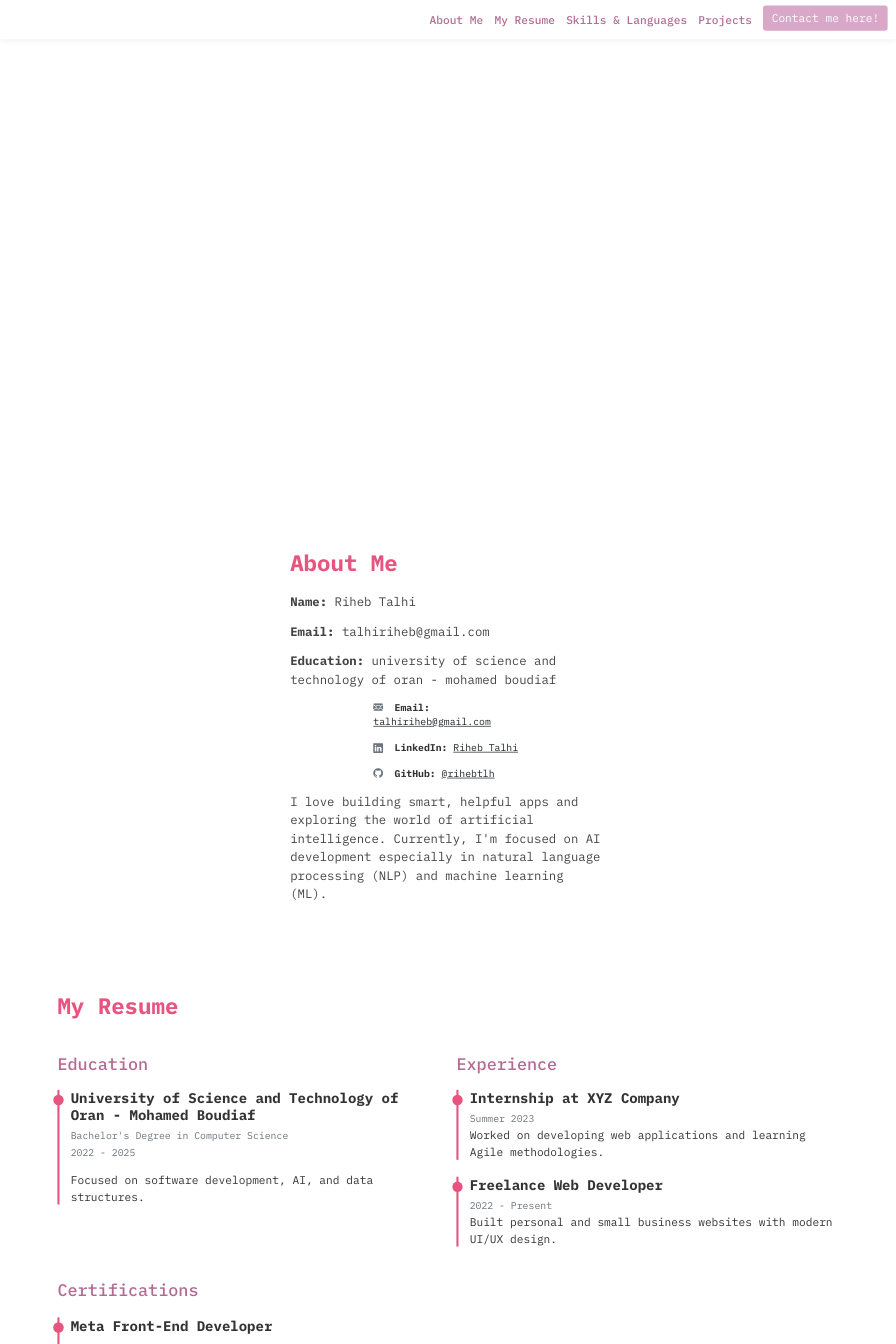
Repository: rihebtlh/portfolio
Page: new.html
An editor plug-in stored every save of this project. The page is shown before and after the next save, followed by the edit.
The browser window is 1280 px wide. The pictures show the part of the page from y = 0 to 1920 px (the page is 4283 px tall), at 70% of full size.

Above is the page before, as saved 2025-07-02 17:06:54.

### new.html
<!DOCTYPE html>
<html lang="en">
<head>
  <meta charset="UTF-8" />
  <meta name="viewport" content="width=device-width, initial-scale=1.0" />
  <title>Riheb Talhi Portfolio</title>
  <link href="https://cdn.jsdelivr.net/npm/bootstrap@5.0.2/dist/css/bootstrap.min.css" rel="stylesheet" />
  <script src="https://cdn.jsdelivr.net/npm/bootstrap@5.0.2/dist/js/bootstrap.bundle.min.js"></script>
  <link rel="stylesheet" href="https://cdn.jsdelivr.net/npm/bootstrap-icons@1.10.5/font/bootstrap-icons.css">
  <link href="https://fonts.googleapis.com/css2?family=IBM+Plex+Mono:wght@400;500;700&display=swap" rel="stylesheet">

  <style>
    body {
      font-family: 'IBM Plex Mono', monospace;
      color: #333;
      background: #fff;
    }

    .navbar {
      background: rgba(255, 255, 255, 0.9);
      box-shadow: 0 4px 6px rgba(0, 0, 0, 0.05);
    }

    .navbar-nav .nav-link {
      color: #b36b94 !important;
      font-weight: 500;
    }

    .navbar-nav .nav-link:hover {
      color: #e75480 !important;
    }

    .btn-secondary {
      background-color: #d9a7c7;
      border: none;
    }

    .btn-secondary:hover {
      background-color: #e2b8d3;
    }

    h1, h2 {
      font-weight: 700;
    }

    .display-2 {
      color: #e75480;
    }

    .display-5 {
      color: #a070a8;
    }

    section {
      padding: 4rem 0;
    }

    .head {
      background-color: #ffeef8;
    }

    .about {
      background-color: #ffffff;
    }

    .about h2 {
      color: #e75480;
    }

    .about p {
      font-size: 1.1rem;
      color: #444;
      max-width: 800px;
    }

    img.rounded-circle {
      border: 4px solid #fff;
    }
    /* Simple timeline style */
  .timeline-item {
    border-left: 3px solid #e75480;
    padding-left: 1rem;
    position: relative;
  }
  .timeline-item::before {
    content: '';
    position: absolute;
    left: -9px;
    top: 0.4rem;
    width: 15px;
    height: 15px;
    background: #e75480;
    border-radius: 50%;
  }
  /* Fade-up effect */
    .fade-up {
      opacity: 0;
      transform: translateY(40px);
      transition: all 0.6s ease-in-out;
    }

    .fade-up.show {
      opacity: 1;
      transform: translateY(0);
    }

    /* Slide-in from left for the name */
    .slide-left {
      opacity: 0;
      transform: translateX(-100px);
      animation: slideLeft 1s ease-out forwards;
    }

    @keyframes slideLeft {
      to {
        opacity: 1;
        transform: translateX(0);
      }
    }

  </style>
</head>
<body>

  <!-- Navbar -->
  <nav class="navbar navbar-expand-md navbar-light fixed-top">
    <div class="container-xxl">
      <button class="navbar-toggler" type="button" data-bs-toggle="collapse" data-bs-target="#main-nav"
        aria-controls="main-nav" aria-expanded="false" aria-label="Toggle navigation">
        <span class="navbar-toggler-icon"></span>
      </button>

      <div class="collapse navbar-collapse justify-content-end align-items-center" id="main-nav">
        <ul class="navbar-nav">
          <li class="nav-item"><a class="nav-link" href="#about">About Me</a></li>
          <li class="nav-item"><a class="nav-link" href="#resume">My Resume</a></li>
          <li class="nav-item"><a class="nav-link" href="#skills">Skills & Languages</a></li>
          <li class="nav-item"><a class="nav-link" href="#projects">Projects</a></li>
          <li class="nav-item ms-2 d-none d-md-inline">
            <a class="btn btn-secondary" href="#contact">Contact me here!</a>
          </li>
        </ul>
      </div>
    </div>
  </nav>

  <!-- Hero Section -->
    <section class="head d-flex align-items-center fade-up" style="min-height: 100vh;" id="home">
    <div class="container-lg">
        <div class="row justify-content-center align-items-center">
        <div class="col-md-8 text-start">
            <h1>
            <div class="display-2 fw-bold slide-left">Riheb Talhi</div>
            <div class="display-5">Computer Science Student</div>
            <div class="display-6 text-muted">just love to solve real-world problems through creative coding.</div>
            </h1>
        </div>
        <div class="col-md-4 text-center d-none d-md-block">
            <span class="tt" data-bs-placement="bottom" title="pic">
            <img src="/assets/pic.jpg" alt="Your photo" class="img-fluid rounded-circle shadow" style="max-height: 400px;">
            </span>
        </div>
        </div>
    </div>
    </section>


  <!-- About Me Section (White) -->
  <section class="about" id="about">
    <div class="container-lg">
      <div class="row justify-content-center">
        <div class="col-md-5">
          <h2 class="mb-4">About Me</h2>
          <p><strong>Name:</strong> Riheb Talhi</p>
          <p><strong>Email:</strong> talhiriheb@gmail.com</p>
          <p><strong>Education:</strong> university of science and technology of oran - mohamed boudiaf</p>
          <div class="row justify-content-center">
            <div class="col-md-6">
              <ul class="list-unstyled small text-start mx-auto" style="max-width: 400px;">
                <li class="mb-3">
                  <i class="bi bi-envelope-heart-fill text-secondary me-2"></i>
                  <strong>Email:</strong> <a href="mailto:talhiriheb@gmail.com" class="text-dark">talhiriheb@gmail.com</a>
                </li>
                <li class="mb-3">
                  <i class="bi bi-linkedin text-secondary me-2"></i>
                  <strong>LinkedIn:</strong> <a href="https://www.linkedin.com/in/riheb-talhi-bab320293" target="_blank" class="text-dark">Riheb Talhi</a>
                </li>
                <li class="mb-3">
                  <i class="bi bi-github text-secondary me-2"></i>
                  <strong>GitHub:</strong> <a href="https://github.com/rihebtlh" target="_blank" class="text-dark">@rihebtlh</a>
                </li>
              </ul>
            </div>
          </div>
          <p>
            I love building smart, helpful apps and exploring the world of artificial intelligence.
            Currently, I'm focused on AI development especially in natural language processing (NLP) and machine learning (ML).
          </p>

        </div>
      </div>
    </div>
  </section>
  <!-- Resume Section -->
    <section id="resume" class="py-5" style="background:#fff;">
        <div class="container-lg">
            <h2 class="mb-5" style="color:#e75480;">My Resume</h2>
            <div class="row">

            <!-- Education -->
            <div class="col-md-6 mb-4">
                <h4 class="mb-4" style="color:#b36b94;">Education</h4>
                <div class="timeline">
                <div class="timeline-item mb-4">
                    <h5 class="mb-1 fw-bold">University of Science and Technology of Oran - Mohamed Boudiaf</h5>
                    <p class="text-muted mb-0"><small>Bachelor's Degree in Computer Science</small></p>
                    <p class="text-muted"><small>2022 - 2025</small></p>
                    <p>Focused on software development, AI, and data structures.</p>
                </div>
                <!-- Add more education here if needed -->
                </div>
            </div>

            <!-- Experience -->
            <div class="col-md-6 mb-4">
                <h4 class="mb-4" style="color:#b36b94;">Experience</h4>
                <div class="timeline">
                <div class="timeline-item mb-4">
                    <h5 class="mb-1 fw-bold">Internship at XYZ Company</h5>
                    <p class="text-muted mb-0"><small>Summer 2023</small></p>
                    <p>Worked on developing web applications and learning Agile methodologies.</p>
                </div>
                <div class="timeline-item mb-4">
                    <h5 class="mb-1 fw-bold">Freelance Web Developer</h5>
                    <p class="text-muted mb-0"><small>2022 - Present</small></p>
                    <p>Built personal and small business websites with modern UI/UX design.</p>
                </div>
                <!-- Add more experience as needed -->
                </div>
            </div>
            </div>
            <!-- Certifications -->
            <div class="col-md-4 mb-4">
                <h4 class="mb-4" style="color:#b36b94;">Certifications</h4>
                <div class="timeline">
                <div class="timeline-item mb-4">
                    <h5 class="fw-bold">Meta Front-End Developer</h5>
                    <p class="text-muted"><small>Coursera · 2024</small></p>
                    <p>Gained skills in React, responsive design, and UI/UX fundamentals.</p>
                </div>
                <div class="timeline-item mb-4">
                    <h5 class="fw-bold">AI For Everyone</h5>
                    <p class="text-muted"><small>Coursera · 2023</small></p>
                    <p>Introduction to AI principles and how AI is used in real-world systems.</p>
                </div>
                </div>
            </div>
        </div>
    </section>
    <!-- Skills & Languages Section -->
    <section id="skills" class="py-5" style="background-color: #ffeef8;">
    <div class="container-lg text-center">
        <h2 class="mb-5" style="color: #e75480;">Skills & Languages</h2>

        <div class="row justify-content-center">
        <!-- Skills -->
        <div class="col-md-5 mb-4">
            <h4 class="mb-3" style="color: #b36b94;">Skills</h4>
            <ul class="list-unstyled small text-start mx-auto" style="max-width: 300px;">
            <li class="mb-2"><strong>HTML / CSS</strong></li>
            <li class="mb-2"><strong>JavaScript</strong></li>
            <li class="mb-2"><strong>Bootstrap</strong></li>
            <li class="mb-2"><strong>Python</strong></li>
            <li class="mb-2"><strong>C</strong></li>
            <li class="mb-2"><strong>Java</strong></li>
            <li class="mb-2"><strong>Machine Learning (Scikit-learn, Pandas)</strong></li>
            <li class="mb-2"><strong>Flutter & Dart</strong></li>
            <li class="mb-2"><strong>Git / GitHub</strong></li>
            </ul>
        </div>

        <!-- Languages -->
        <div class="col-md-5 mb-4">
            <h4 class="mb-3" style="color: #b36b94;">Languages</h4>
            <ul class="list-unstyled small text-start mx-auto" style="max-width: 300px;">
            <li class="mb-2"><strong>Arabic</strong> — Native</li>
            <li class="mb-2"><strong>French</strong> — Fluent</li>
            <li class="mb-2"><strong>English</strong> — Fluent</li>
            </ul>
        </div>
        </div>
    </div>
    </section>
    <!-- Projects Section -->
    <section id="projects" class="py-5" style="background-color: #fff;">
      <div class="container-lg">
        <h2 class="mb-5 text-center" style="color: #e75480;">Projects</h2>

        <div class="row justify-content-center g-4">
          <div class="col-md-3">
            <div class="p-4 border rounded-4 h-100" style="border-color: #ffd6e8; background-color: #fff;">
              <img src="assets/Group.png" alt="Pookie App Preview" class="img-fluid rounded mb-3" style="max-height: 300px; width: 100%; object-fit: cover;">
              <h5 class="fw-bold" style="color: #b36b94;">Pookie – AI Learning App for Kids - 2025</h5>
              <p class="text-muted small mb-2">
                A fun and interactive mobile app that helps kids learn using AI tools like chatbots, voice recognition, grammar correction, and cute quizzes.
              </p>
              <p class="mb-2 small"><strong>Technologies:</strong> Flutter, Gemini API, Hugging Face, Firebase</p>
              <a href="#" target="_blank" class="btn btn-sm btn-secondary">View more!</a>
            </div>
          </div>

          <!-- Project 1 -->
          <div class="col-md-3">
            <div class="p-4 border rounded-4 h-100" style="border-color: #ffd6e8; background-color: #fff;">
              <!-- Project Image -->
              <img src="assets/catLogo.webp" alt="Catty Website Preview" class="img-fluid rounded mb-2">
              <!-- Project Content -->
              <h5 class="fw-bold" style="color: #b36b94;">Catty – Cat Adoption Website -2025</h5>
              <p class="text-muted small mb-2"><strong>A cute and responsive cat adoption website</strong> that lets users discover and adopt cats, explore breeds like Siamese, Maine Coon, and Russian Blue, and shop for essential cat items.</p>
              <p class="mb-2"><strong>Technologies:</strong> HTML, CSS, Bootstrap</p>
              <a href="https://github.com/rihebtlh/catty-storefront" target="_blank" class="btn btn-sm btn-secondary">GitHub</a>
            </div>
          </div>
          <!-- Project 2 -->
          <div class="col-md-3">
            <div class="p-4 border rounded-4 h-100" style="border-color: #ffd6e8;">
              <h5 class="fw-bold" style="color: #b36b94;">SNAKE Language Compiler – 2024</h5>
              <p class="text-muted small mb-2"><strong>Developed a compiler for the SNAKE programming language, incorporating:</strong></p>
              <p class="text-muted small mb-2">
                <ul>
                  <li>Lexical, syntactic, and semantic analysis to process source code.</li>
                  <li>Robust error detection for syntax errors, type mismatches, and undeclared variables.</li>
                  <li>A graphical user interface that allows users to load .snk files and perform different analyses interactively.</li>
                </ul>
              </p>
              <p class="mb-2"><strong>Technologies:</strong> Flex & Bison, Java, and Java Swing</p>
              <a href="https://github.com/rihebtlh/Compilation" target="_blank" class="btn btn-sm btn-secondary">GitHub</a>
            </div>
          </div>
          <!-- Project 3 -->
          <div class="col-md-3">
            <div class="p-4 border rounded-4 h-100" style="border-color: #ffd6e8;">
              <h5 class="fw-bold" style="color: #b36b94;">Health Monitoring Application – 2024</h5>
              <p class="text-muted small mb-2"><strong>Developed an interactive health monitoring application with distinct roles:</strong></p>
              <p class="text-muted small mb-2">
                <ul>
                  <li>Patients can track vital parameters such as weight, temperature, blood pressure, and blood sugar levels.</li>
                  <li>Doctors can view patient data through detailed charts 📊 and tables for better health analysis.</li>
                  <li>Administrators manage user accounts and maintain system operations.</li>
                </ul>
                <p>
                  The application features a user-friendly graphical interface built with Java Swing,
                  dynamic charting and data visualization using JFreeChart,
                  and real-time communication between users powered by XMPP.
                </p></p>
              <p class="mb-2"><strong>Technologies:</strong> Java, Java Swing, JFreeChart, XMPP</p>
              <a href="https://github.com/rihebtlh/health" target="_blank" class="btn btn-sm btn-secondary">GitHub</a>
            </div>
          </div>
        </div>
      </div>
    </section>
    <!-- Contact Section -->
    <section id="contact" class="py-5" style="background-color: #ffeef8;">
      <div class="container-lg text-center">
        <h2 class="mb-4" style="color: #e75480;">Let's Get in Touch!</h2>
        <p class="mb-4 text-muted">I'm always open to new opportunities, collaborations, or just a friendly chat 💌</p>
        <!-- Contact -->
        <div class="row justify-content-center">
          <div class="col-md-6">
            <a href="mailto:talhiriheb@gmail.com" class="btn btn-secondary mt-3">Send me a message</a>
          </div>
        </div>
      </div>
    </section>
  <!-- Tooltip Init -->
  <script>
    const tooltips = document.querySelectorAll('.tt');
    tooltips.forEach(t => {
      new bootstrap.Tooltip(t);
    });

  </script>


</body>
</html>

After the next save:
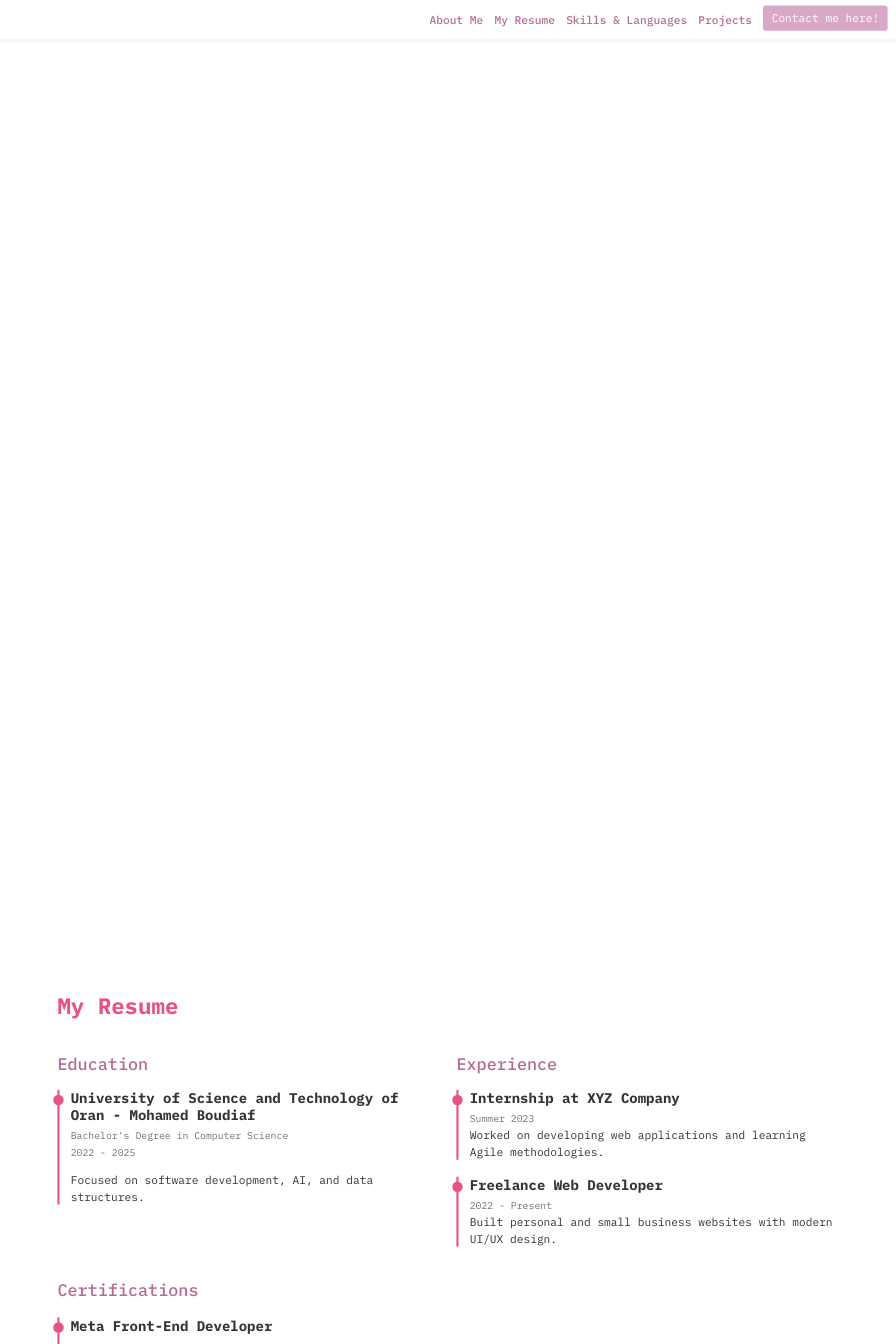
Saved 7 s later.
--- a/new.html
+++ b/new.html
@@ -166,7 +166,7 @@
 
 
   <!-- About Me Section (White) -->
-  <section class="about" id="about">
+  <section class="about fade-up" id="about">
     <div class="container-lg">
       <div class="row justify-content-center">
         <div class="col-md-5">
